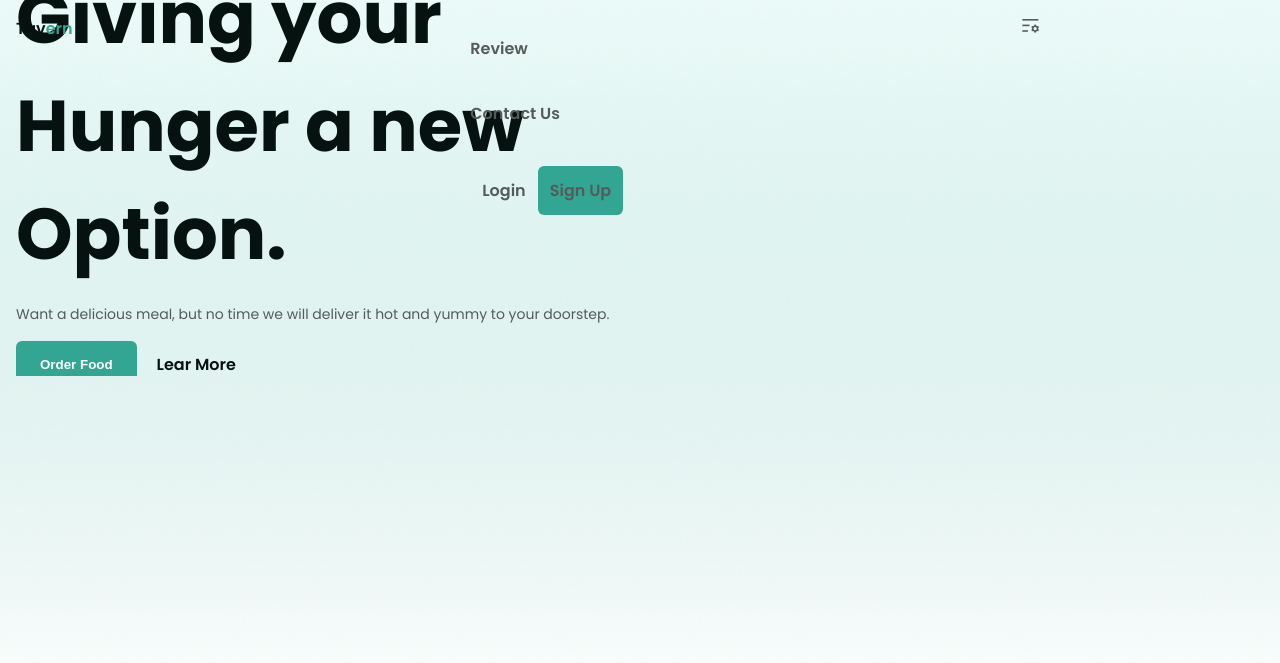
Repository: haokiet2501/tavern-restaurant-landing-page
Page: index.html
These files come from the project's save history. The page is drawn as it stood at one moment and after a run of saves; the edit follows.
The browser window is 1280 px wide. The pictures show the whole page.
The style sheet was rebuilt from its Sass, Less or Tailwind sources for each picture, by a compiler version that may differ from the author's.

Above is the page before, as saved 2022-07-01 16:39:04.

### index.html
<!DOCTYPE html>
<html lang="en">
<head>
    <meta charset="UTF-8">
    <meta http-equiv="X-UA-Compatible" content="IE=edge">
    <meta name="viewport" content="width=device-width, initial-scale=1.0">
    <link href="https://cdn.jsdelivr.net/npm/remixicon@2.5.0/fonts/remixicon.css" rel="stylesheet">
    <link
        rel="stylesheet"
        href="https://unpkg.com/swiper@8/swiper-bundle.min.css"
    />
    <link rel="stylesheet" href="sass/css/styles.css">
    <title>Restaurant Landing Page - Tavern</title>
</head>
<body>
    <header class="header" id="header">
        <nav class="nav container">
            <a href="#home" class="nav__logo">Tav<span>ern</span></a>

            <div class="nav__menu" id="nav-menu">
                <ul class="nav__list">
                    <li class="nav__item">
                        <a href="#home" class="nav__link active-link">Home</a>
                    </li>
                    <li class="nav__item">
                        <a href="#home" class="nav__link">About Us</a>
                    </li>
                    <li class="nav__item">
                        <a href="#menu" class="nav__link">Menu</a>
                    </li>
                    <li class="nav__item">
                        <a href="#review" class="nav__link">Review</a>
                    </li>
                    <li class="nav__item">
                        <a href="#contact" class="nav__link">Contact Us</a>
                    </li>

                    <div class="nav__mobile">
                        <a href="#login" class="nav__login">Login</a>
                        <a href="#signup" class="nav__signup">Sign Up</a>
                    </div>
                </ul>

                <i class="ri-close-line nav__close" id="nav-close"></i>
            </div>

            <div class="nav__toggle" id="nav-toggle">
                <i class="ri-list-settings-line"></i>
            </div>
        </nav>
    </header>

    <main class="main">
        <section class="home" id="home">
            <img src="imgs/Base.png" class="home__img" alt="">
            <div class="home__container container grid">
                <div class="home__layouts">
                    <div class="home__data">
                        <div class="home__heading">
                            <h2>Giving your <br> Hunger a new <br> Option.</h2>
                        </div>
                        <div class="home__subtext">
                            Want a delicious meal, but no time we will deliver it hot and yummy to your doorstep.
                        </div>
                        <div class="home__button">
                            <div class="home__order">
                                <button class="home__order-btn">Order Food</button>
                            </div>

                            <div class="home__learnmore">
                                <a href="#" class="home__event">Lear More</a>
                            </div>
                        </div>
                    </div>

                    <div class="home__images">
                        img
                    </div>
                </div>
            </div>
        </section>
    </main>

    <script src="js/scrollreveal.min.js"></script>
    <script src="https://unpkg.com/swiper@8/swiper-bundle.min.js"></script>
    <script src="js/app.js"></script>
</body>
</html>

### js/app.js
const navToggle = document.getElementById('nav-toggle'),
    navMenu = document.getElementById('nav-menu'),
    navClose = document.getElementById('nav-close');
if (navToggle) {
    navToggle.addEventListener('click', () => {
        navMenu.classList.add('show-menu')
    })
}

if (navClose) {
    navClose.addEventListener('click', () => {
        navMenu.classList.remove('show-menu')
    })
}

const navLink = document.querySelectorAll('.nav__link');

function linkAction() {
    const navMenu = document.getElementById('nav-menu')
    navMenu.classList.remove('show-menu')
}
navLink.forEach((n) => n.addEventListener('click', linkAction));

### sass/styles.scss
@import "./base/base";
@import "./main/main";

### sass/base/_base.scss
@import url('https://fonts.googleapis.com/css2?family=Poppins:wght@400;500;600;700;800;900&display=swap');

* {
    margin: 0;
    padding: 0;
    box-sizing: border-box;
}

:root {
    --header-height: 3.5rem;

    --body-font: 'Poppins', sans-serif;

    --bg-color: #FFFFFF;
    --title-color: #555B5A;
    --heading-color: #061210;
    --green-color: #33A593;

    --biggest-font-size: 2.25rem;
    --h1-font-size: 1.5rem;
    --h2-font-size: 1.25rem;
    --h3-font-size: 1rem;
    --normal-font-size: .938rem;
    --small-font-size: .813rem;
    --smaller-font-size: .75rem;

    --mb-1: 1rem;
    --mb-1-5: 1.5rem;
    --mb-2: 2rem;
    --mb-2-5: 2.5rem;
    --mb-3: 3rem;

    --scale-hover: scale(.98);

    --font-regular: 400;
    --font-medium: 500;
    --font-semi-bold: 600;
    --font-semi-big: 700;

    --z-tooltip: 10;
    --z-fixed: 100;
}

@media screen and (min-width: 1124px) {
    :root {
        --biggest-font-size: 4.5rem;
        --h1-font-size: 2.25rem;
        --h2-font-size: 1.5rem;
        --h3-font-size: 1.25rem;
        --normal-font-size: 1rem;
        --small-font-size: .875rem;
        --smaller-font-size: .813rem;
    }
}

body {
    font-family: var(--body-font);
    font-size: var(--normal-font-size);
    background-color: var(--bg-color);
    color: var(--title-color);
    transition: .4s;
}

html {
    scroll-behavior: smooth;
}

ul {
    list-style: none;
}

a {
    text-decoration: none;
}

img {
    max-width: 100%;
    height: auto;
}

button {
    border: none;
    cursor: pointer;
}

h1, h2, h3 {
    color: var(--title-color);
    font-weight: var(--font-semi-big);
}

.container {
    max-width: 1024px;
    margin-right: 1rem;
    margin-left: 1rem;
}

.grid {
    display: grid;
    gap: 1.5rem;
}

.section {
    padding: 4.5rem 0 2rem;
}

.section__title {
    font-size: var(--h1-font-size);
    text-align: center;
    margin-bottom: 3rem;
}

.main {
    overflow: hidden;
}

### sass/main/_main.scss
.header {
    width: 100%;
    position: fixed;
    top: 0;
    left: 0;
    z-index: var(--z-fixed);
    background: transparent;
}

.nav {
    height: var(--header-height);
    display: flex;
    justify-content: space-between;
    align-items: center;

    &__logo {
        font-weight: var(--font-semi-bold);
        color: var(--heading-color);
    }

    &__logo > span {
        color: var(--green-color);
    }

    &__toggle {
        font-size: 1.2rem;
        cursor: pointer;
        color: var(--title-color);
    }

    &__menu {
        position: relative;

        @media screen and (max-width: 767px) {
            position: fixed;
            background-color: var(--heading-color);
            top: 0;
            right: -100%;
            width: 70%;
            height: 100%;
            box-shadow: -1px 0 4px rgba(0, 0, 0, .15);
            padding: 3rem;
            transition: .4s;
        }
    }

    &__mobile {
        display: flex;
        justify-content: center;
        align-items: center;
    }

    &__mobile > a {
        padding: .75rem;
        cursor: pointer;
    }

    &__login, &__signup {
        font-weight: var(--font-semi-bold);
        color: var(--title-color);
    }

    &__signup {
        background-color: var(--green-color);
        border-radius: 6px;
    }

    &__list {
        display: flex;
        flex-direction: column;
        row-gap: 2.5rem;
    }

    &__link {
        color: var(--title-color);
        font-weight: var(--font-semi-bold);

        &:hover {
            color: var(--green-color);
        }
    }

    &__close {
        position: absolute;
        top: .75rem;
        right: 1rem;
        font-size: 1.5rem;
        color: var(--bg-color);
        cursor: pointer;
    }
}

.show-menu {
    right: 0;
}

.home {
    &__img {
        position: absolute;
        top: 0;
        left: 0;
        width: 100%;
        height: 100%;
    }

    &__container {
        position: relative;
        height: calc(60vh - var(--header-height));
        row-gap: 3rem;
        align-content: center;
    }

    &__heading > h2 {
        color: var(--heading-color);
        font-size: var(--biggest-font-size);
    }

    &__subtext {
        margin: var(--mb-1) 0;
        font-size: var(--small-font-size);
    }

    &__button {
        display: flex;
        gap: 20px;
        align-items: center;
        justify-content: flex-start;
    }

    &__order {
        &-btn {
            padding: var(--mb-1) var(--mb-1-5);
            background-color: var(--green-color);
            border-radius: 6px;
            font-weight: var(--font-semi-bold);
            color: var(--bg-color);
            transition: .4s ease-out;

            &:hover {
                transform: var(--scale-hover);
                transition: .4s ease-out;
            }
        }
    }

    &__learnmore {
        position: relative;
    }

    &__event {
        color: var(--heading-color);
        font-weight: var(--font-semi-bold);
    }

    &__event::after {
        content: "";
        position: absolute;
        width: 0%;
        bottom: -.15rem;
        left: 0;
        background-color: var(--green-color);
        height: 3px;
        transition: .4s ease-out;
    }

    &__event:hover::after {
        width: 100%;
        transition: .4s ease-out;
    }
}

Loaded but not shown: js/scrollreveal.min.js (library)

After the next 6 saves:
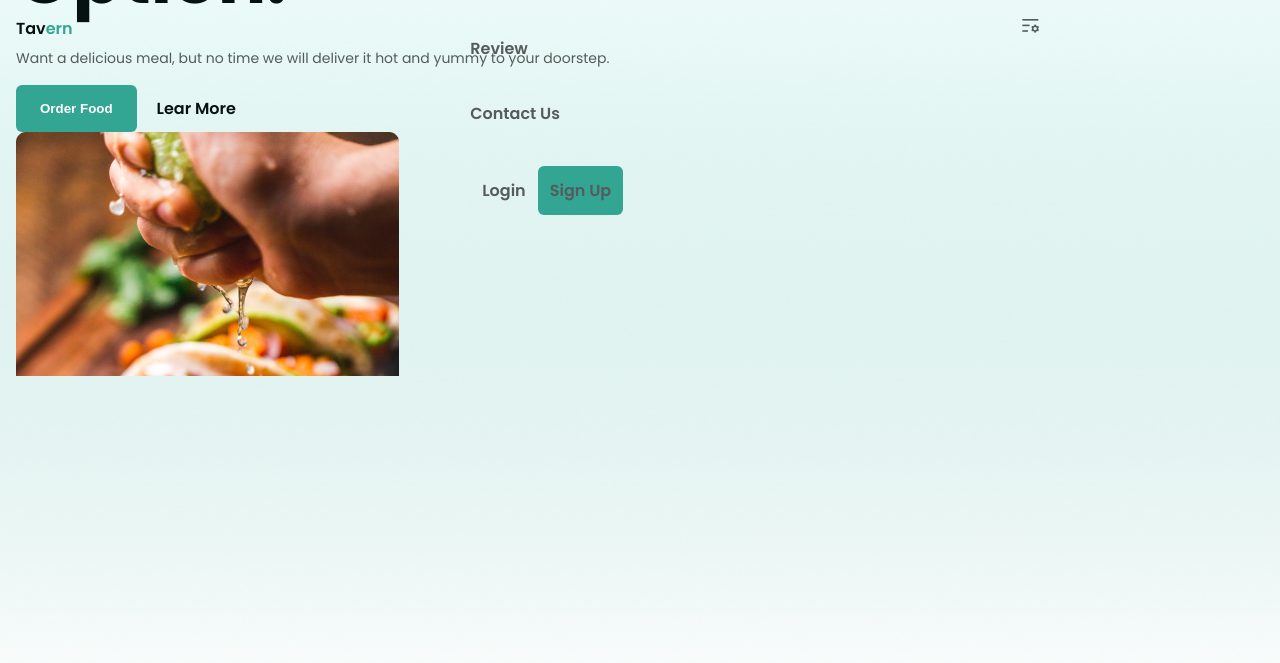
The 6 saves are shown as one change because they came seconds apart.
The last was saved 16 s later.
--- a/index.html
+++ b/index.html
@@ -74,7 +74,9 @@
                     </div>
 
                     <div class="home__images">
-                        img
+                        <img src="imgs/home.png" alt="">
+                        <img src="imgs/home2.png" alt="">
+                        <img src="imgs/home3.png" alt="">
                     </div>
                 </div>
             </div>
